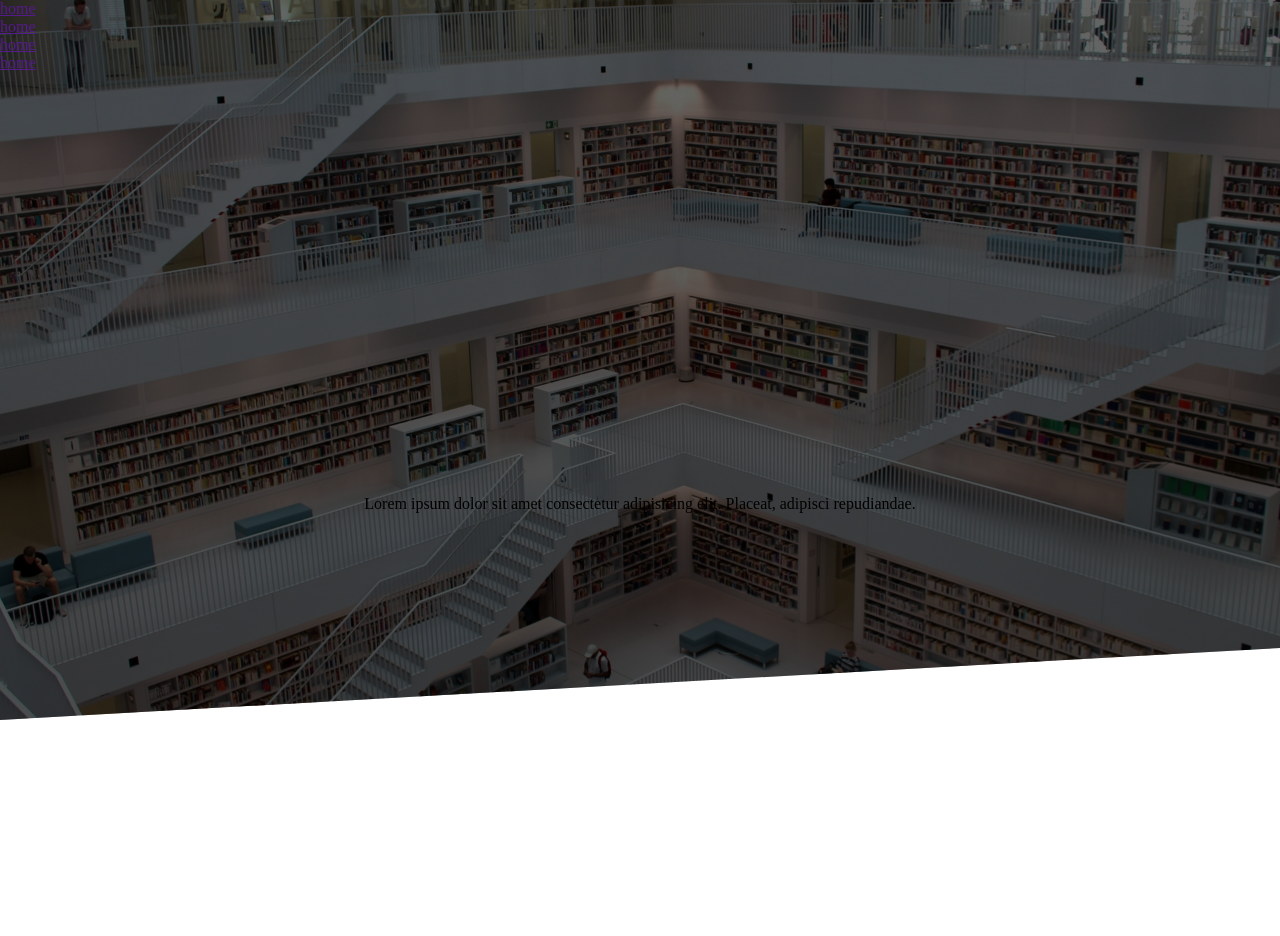
Repository: imedakrouti/BookStore
Page: ex.html
An editor plug-in stored every save of this project. The page is shown before and after the next save, followed by the edit.
The browser window is 1280 px wide. The pictures show the whole page.
Backgrounds fixed to the window are drawn as part of the page.

Above is the page before, as saved 2020-05-06 21:39:58.

After the next save:
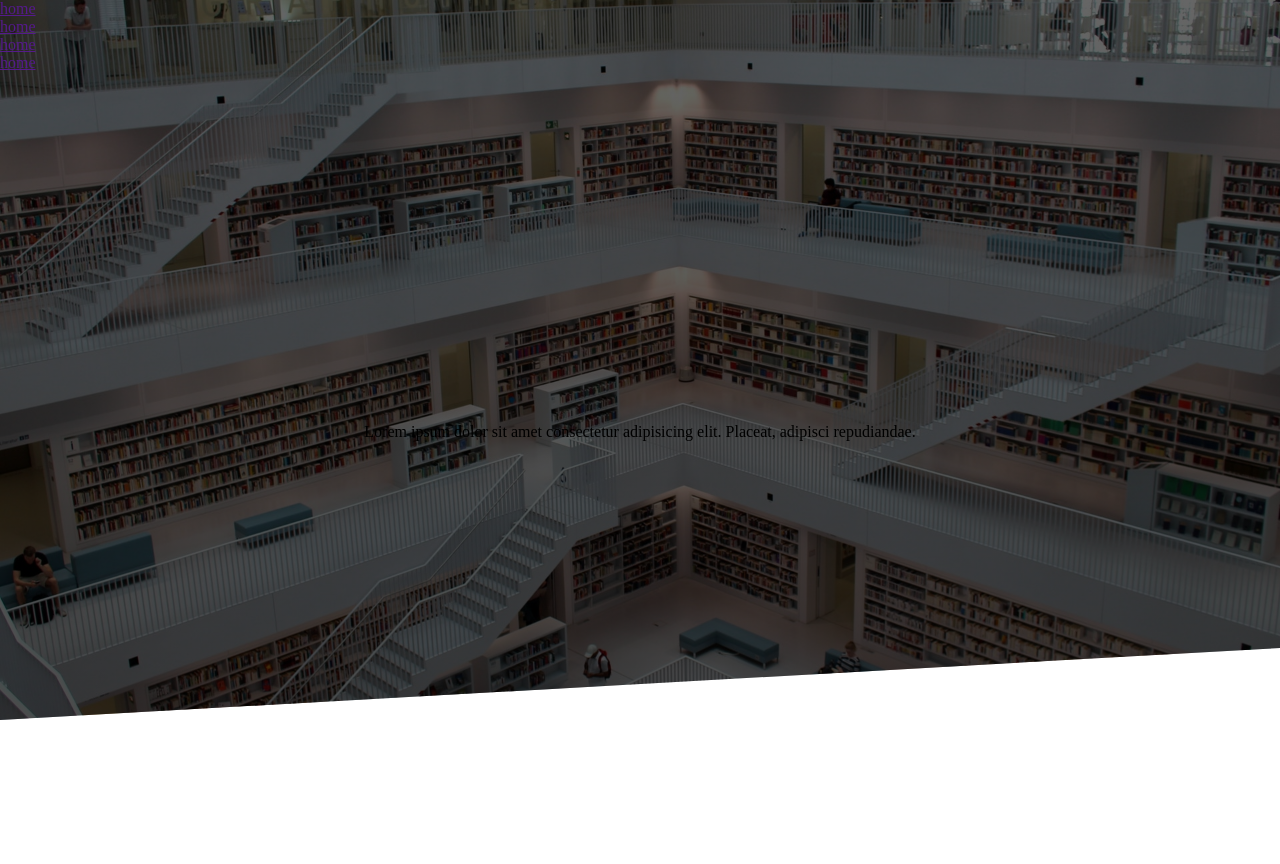
Saved 28 s later.
--- a/ex.html
+++ b/ex.html
@@ -20,9 +20,9 @@
     justify-content: center; */
 }
     .nav{
-        /* align-self: start;
+        align-self: start;
         position: absolute;
-        width: 100%; */
+        width: 100%;
     }
     .logo{
         height: calc(100vh + 20vh);
